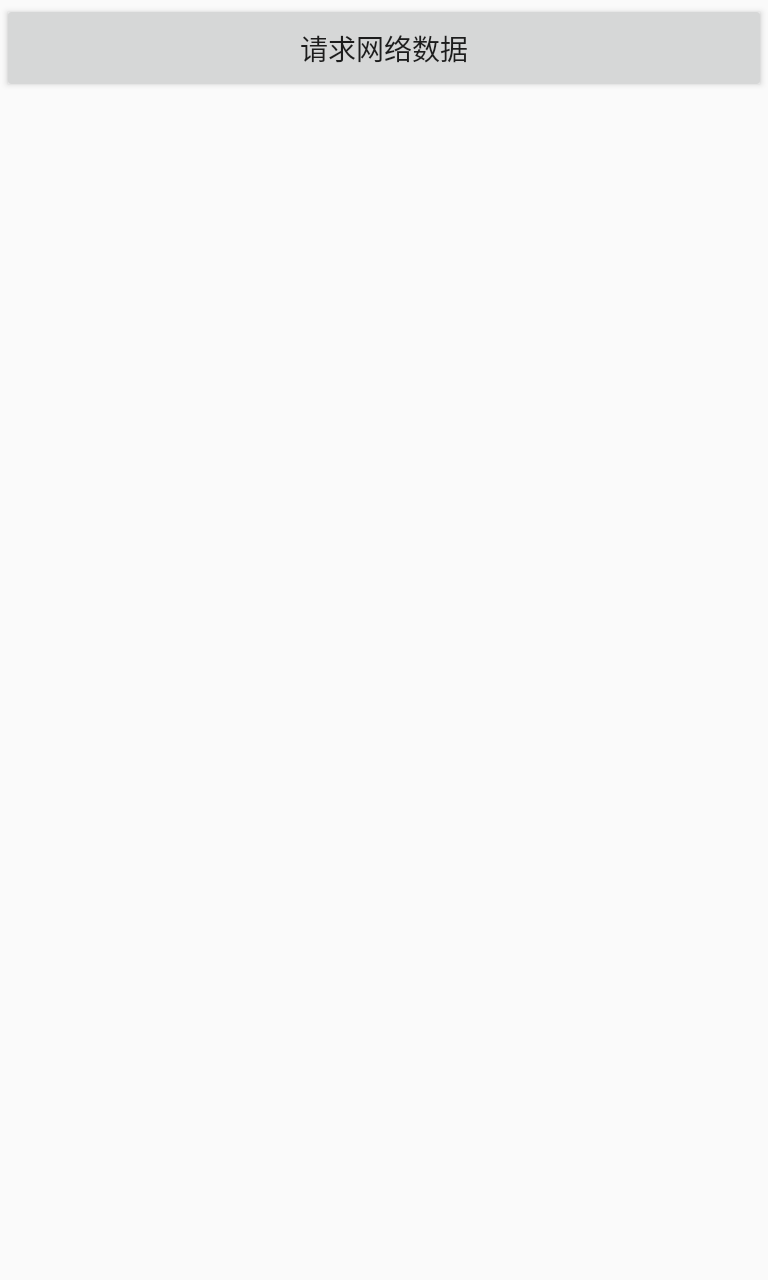
Repository: leondott/ruijie
Layout: Rush/res/layout/act_using_volley.xml
An editor plug-in stored every save of this project. The layout is shown before and after a run of saves, followed by the edit.
It is drawn on a 768 x 1280 px phone screen (xhdpi) without system bars, with theme AppTheme; the app's code is not run.

Above is the layout before, as saved 2014-08-24 12:12:53.

After the next 6 saves:
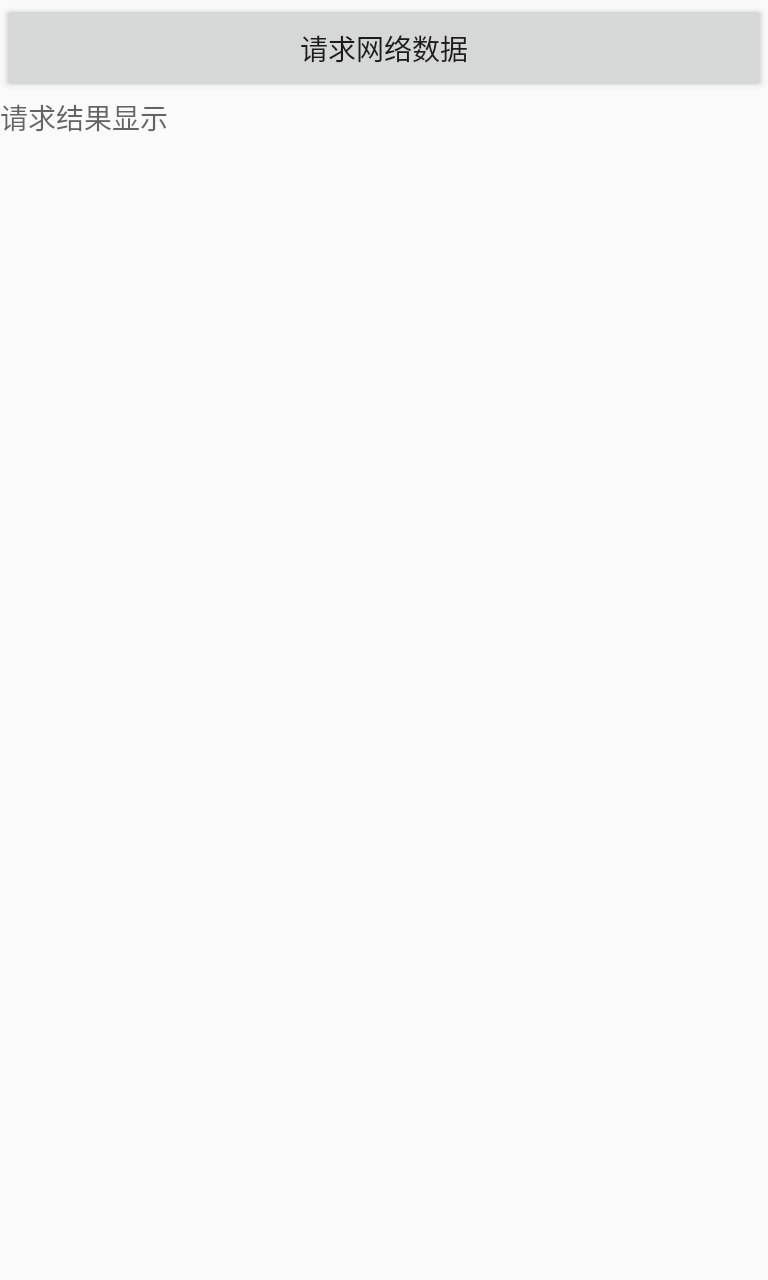
The 6 saves are shown as one change because 4 did not build or start and some came seconds apart.
The last was saved 100 s later.
--- a/Rush/res/layout/act_using_volley.xml
+++ b/Rush/res/layout/act_using_volley.xml
@@ -10,10 +10,11 @@
         android:text="@string/act_using_volley_btn_request" />
 
     <TextView
-        android:id="@+id/wv_volley"
+        android:id="@+id/tv_result"
+        android:layout_width="fill_parent"
+        android:layout_height="0dp"
         android:layout_weight="1"
-        android:layout_width="fill_parent"
-        android:layout_height="0dp" >
+        android:hint="@string/act_using_volley_tv_result" >
     </TextView>
 
 </LinearLayout>
--- a/Rush/res/values/strings.xml
+++ b/Rush/res/values/strings.xml
@@ -18,5 +18,6 @@
     <string name="act_using_database_btn_query">查询数据</string>
 
     <string name="act_using_volley_btn_request">请求网络数据</string>
+    <string name="act_using_volley_tv_result">请求结果显示</string>
 
 </resources>
